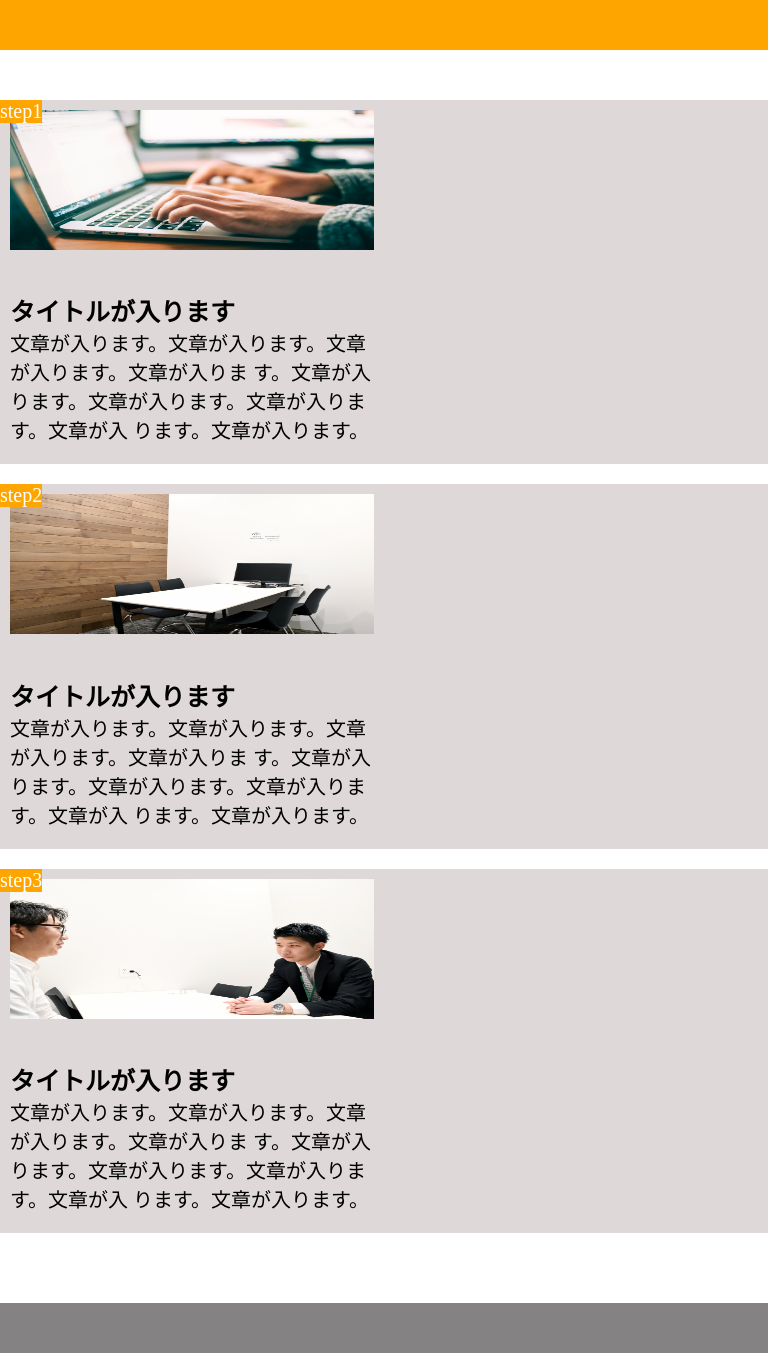
Repository: ishidaryu/ishidaryu
Page: HW/HW.html
The author's editor kept a record of every edit. The page is drawn from the files as they stood at one moment, then again after the next edit.
The browser window is 768 px wide. The pictures show the whole page.

Above is the page before.

After the next edit:
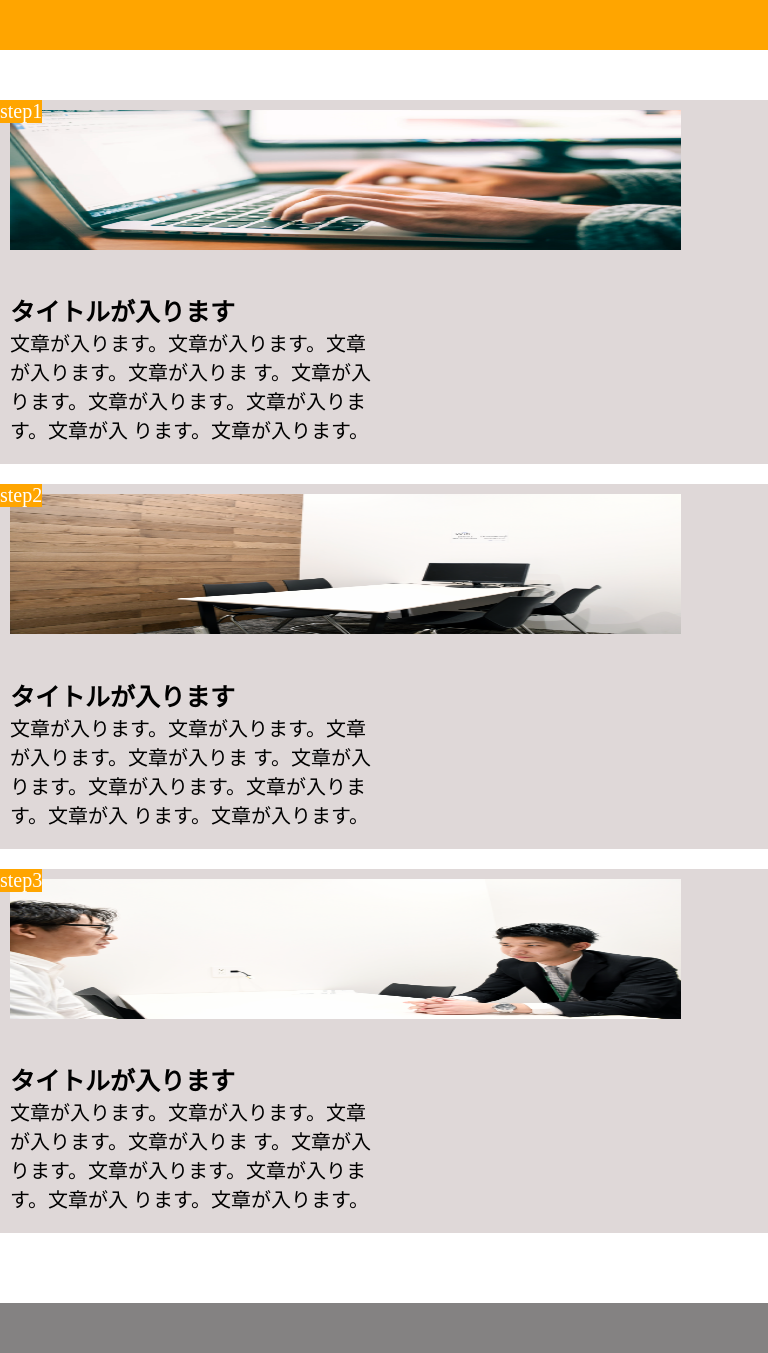
The edit:
--- a/HW/HW.css
+++ b/HW/HW.css
@@ -125,7 +125,7 @@ footer {
   }
 
   .blog-image {
-    width: 50%;
+    width: 90%;
   }
 
   .blog-text {
